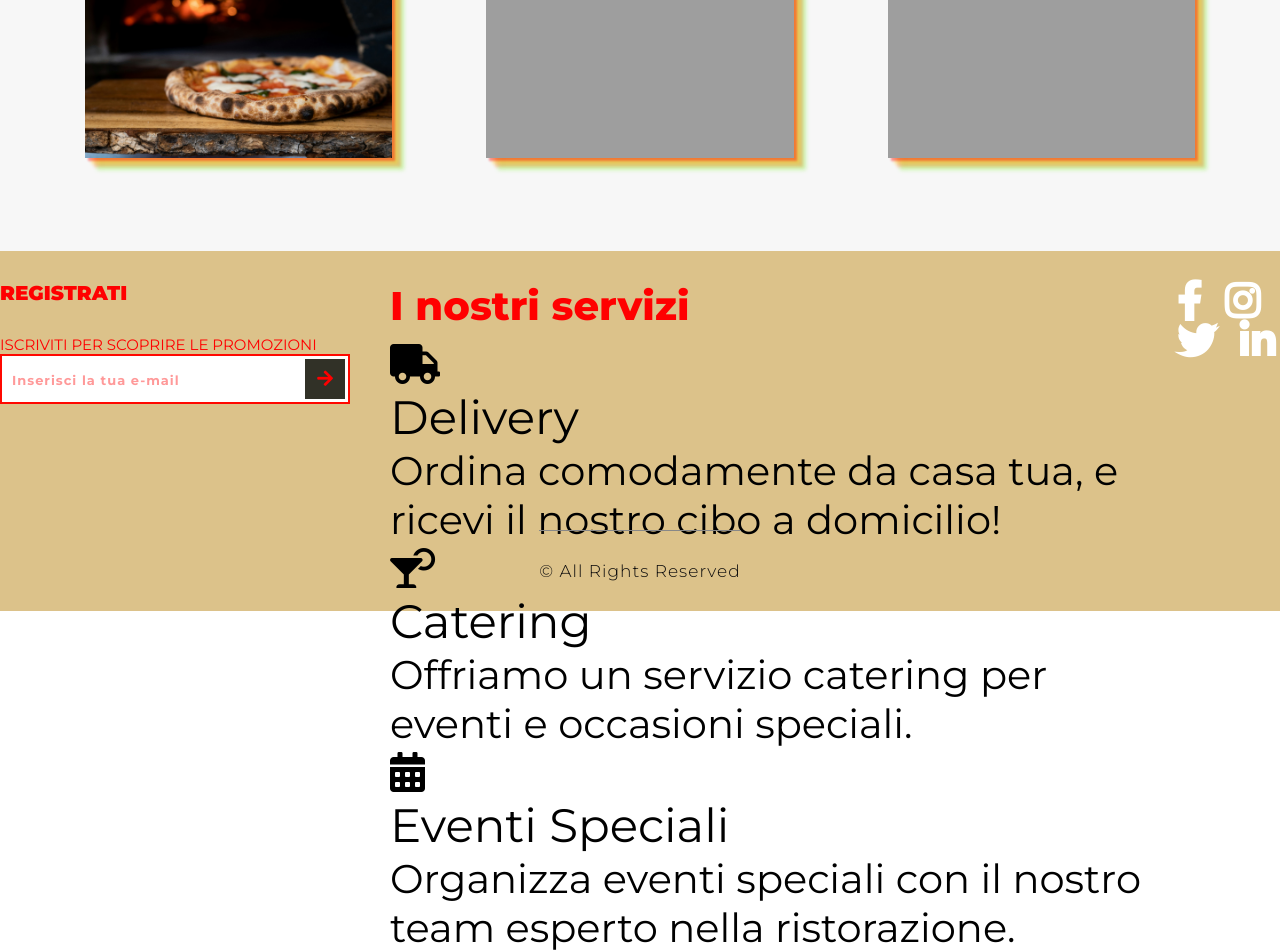
Repository: Probyte5D/ResponsiveFoodWebsite
Page: index.html
These files come from the project's save history. The page is drawn as it stood at one moment and after the next save; the edit follows.
The browser window is 1280 px wide. The pictures show the part of the page from y = 2645 to 3597 px (the page is 3597 px tall before and 3256 px after).
Pictures or frames that could not be fetched are drawn as grey boxes. Backgrounds fixed to the window are drawn as part of the page. Some web fonts or font styles are not loaded; a fallback is used.

Above is the page before, as saved 2025-04-06 18:08:26.

After the next save:
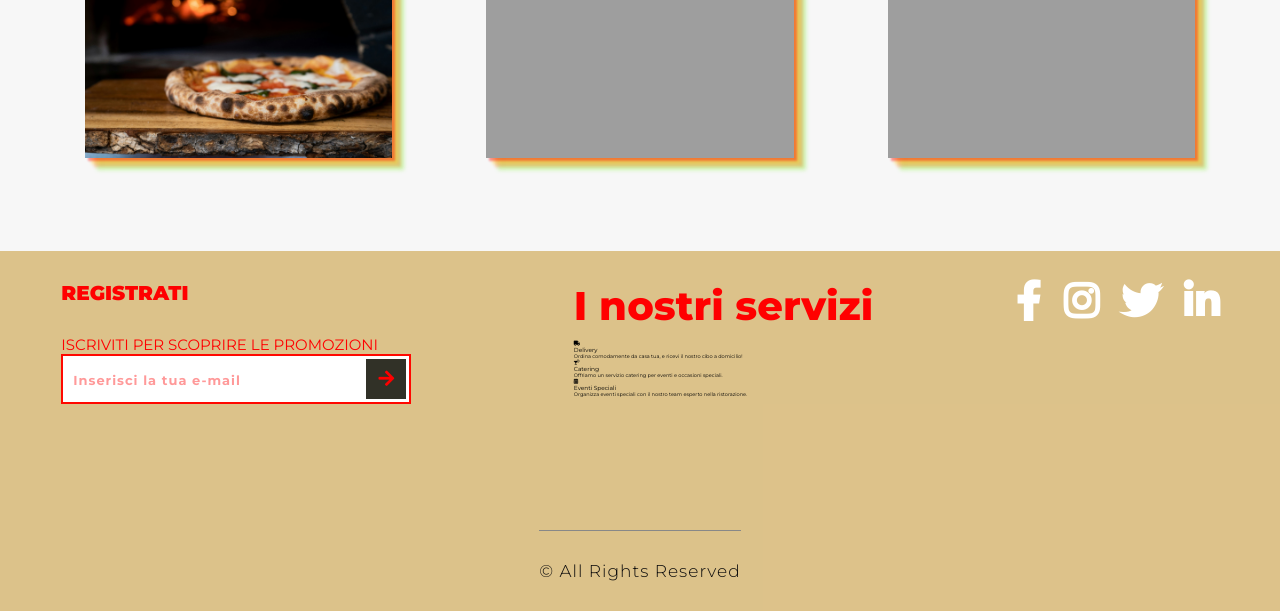
Saved 7 s later.
--- a/style.css
+++ b/style.css
@@ -422,7 +422,7 @@ padding-left: 2rem;
 }
 
 .service{
-  font-size: 4rem;
+  font-size: 0.5rem;
 
 }
 
